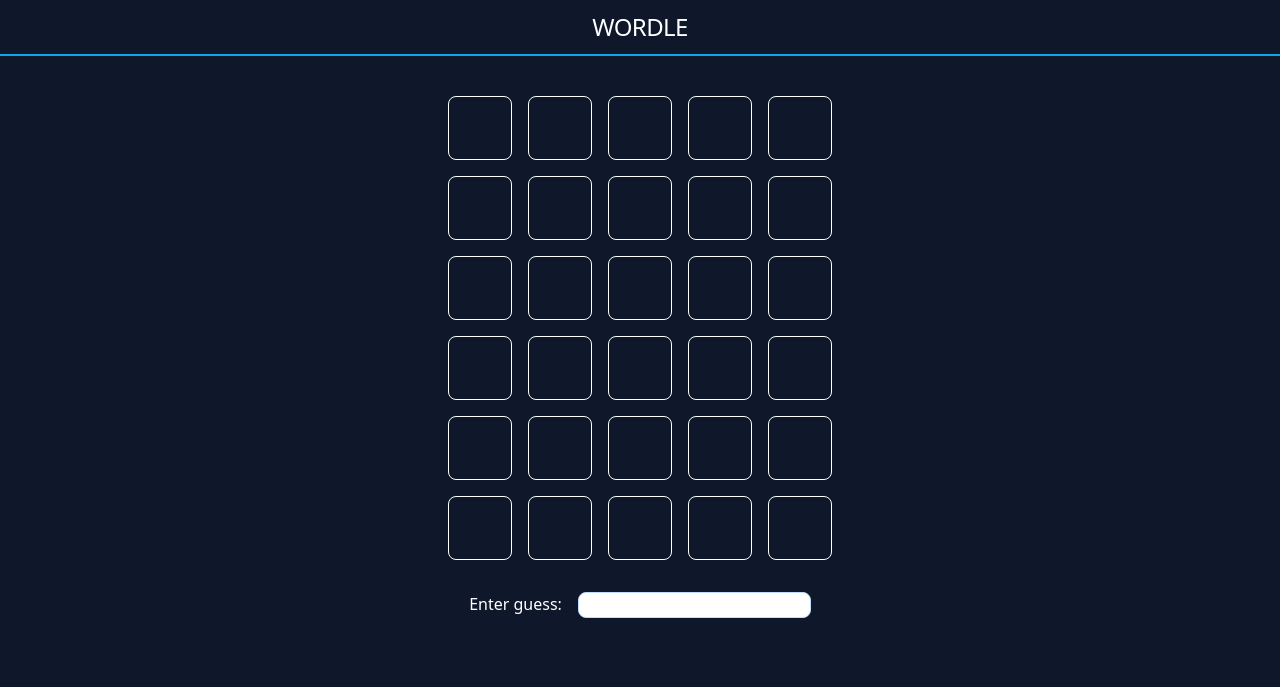
Repository: hjubsoni/basic-wordle-game
Page: / (app in client/)
These files come from the project's save history. The page is drawn as it stood at one moment and after the next save; the edit follows.
The browser window is 1280 px wide. The pictures show the whole page.
The page's requests for data from a server got no answer. The project was rebuilt for these pictures with package versions that can differ from the ones it lists, and the page was loaded fresh each time. No one was signed in, and anything a server would have sent is missing. Also part of the build but not shown: client/vite.config.ts.

Above is the page before, as saved 2023-01-27 15:48:57.

### client/src/main.tsx
import React from 'react';
import ReactDOM from 'react-dom/client';
import App from './App';
import './index.css';

ReactDOM.createRoot(
  document.getElementById('root') as HTMLElement
).render(
  <React.StrictMode>
    <App />
  </React.StrictMode>
);

### client/src/App.tsx
import React from 'react';
import Header from './components/Header';
import Game from './components/Game';

function App() {
  return (
    <div className="h-full">
      <Header />
      <Game />
    </div>
  );
}

export default App;

### client/src/index.css
@tailwind base;
@tailwind components;
@tailwind utilities;

@layer base {
  html,
  body,
  #root {
    @apply h-full bg-slate-900;
  }
}

### client/src/components/Header/Header.tsx
import React from 'react';

function Header() {
  return (
    <header className="flex h-14 items-center justify-center  border-b-2 border-sky-500 ">
      <h2 className="uppercase text-white text-2xl tracking-tight">
        Wordle
      </h2>
    </header>
  );
}

export default Header;

### client/src/components/Game/Game.tsx
import React from 'react';
import { range } from '../../utils/range';
import Row from '../Row';
import Cell from '../Cell';
import Form from '../Form';

interface Styles {
  [key: string]: string;
}

function Game() {
  const [correctWord, setCorrectWord] = React.useState('');
  const [guessedWords, setGuessedWords] = React.useState<string[]>(
    new Array(6).fill('')
  );
  const [guess, setGuess] = React.useState<string>('');
  const [styles, setStyles] = React.useState<Styles[]>([]);

  const generateCorrectWord = async () => {
    const response = await fetch('http://localhost:5000/api');
    const words = await response.json();
    setCorrectWord(words[Math.floor(Math.random() * words.length)]);
  };

  React.useEffect(() => {
    generateCorrectWord();
  }, []);

  return (
    <main className="flex items-center justify-center flex-col gap-8">
      <div className="flex gap-4 flex-col max-w-sm w-full rouded-lg mt-10">
        {guessedWords.map((row, rowIdx) => {
          return (
            <Row key={rowIdx}>
              {range(5).map((_, cellIdx) => (
                <Cell key={cellIdx} letter={row[cellIdx]} />
              ))}
            </Row>
          );
        })}
      </div>

      <Form
        guess={guess}
        setGuess={setGuess}
        guessedWords={guessedWords}
        setGuessedWords={setGuessedWords}
        correctWord={correctWord}
      />
    </main>
  );
}

export default Game;

### client/src/utils/range.tsx
export const range = (start: number, end?: number, step = 1) => {
  let output = [];
  if (typeof end === 'undefined') {
    end = start;
    start = 0;
  }
  for (let i = start; i < end; i += step) {
    output.push(i);
  }
  return output;
};

### client/src/components/Cell/index.tsx
export { default } from './Cell';

### client/src/components/Row/Row.tsx
import React from 'react';

function Row({ children }: { children: React.ReactNode }) {
  return <div className="flex gap-4">{children}</div>;
}

export default Row;

### client/src/components/Cell/Cell.tsx
import React from 'react';

function Cell({ letter }: { letter: string }) {
  return (
    <div className="border border-white flex-1 aspect-square rounded-lg text-white text-3xl uppercase flex items-center justify-center">
      {letter}
    </div>
  );
}

export default Cell;

### client/src/components/Form/Form.tsx
import React from 'react';

interface FormProps {
  guess: string;
  setGuess: React.Dispatch<React.SetStateAction<string>>;
  guessedWords: string[];
  setGuessedWords: React.Dispatch<React.SetStateAction<string[]>>;
  correctWord: string;
}

function Form({
  guess,
  setGuess,
  guessedWords,
  setGuessedWords,
  correctWord,
}: FormProps) {
  const [currentRow, setCurrentRow] = React.useState(0);
  const handleSubmit = (e: React.FormEvent<HTMLFormElement>) => {
    e.preventDefault();
    const guessedWordsCopy = [...guessedWords];
    guessedWordsCopy[currentRow] = guess;
    setGuessedWords(guessedWordsCopy);
    setGuess('');
    setCurrentRow(currentRow + 1);
  };
  return (
    <form onSubmit={handleSubmit} className="flex gap-4">
      <label htmlFor="guess" className="text-white">
        Enter guess:
      </label>
      <input
        className="border border-blue-200 rounded-lg"
        type="text"
        id="guess"
        name="guess"
        value={guess}
        onChange={(e) => setGuess(e.target.value)}
        required={true}
        min={'5'}
        max={'5'}
      />
    </form>
  );
}

export default Form;

Loaded but not shown: client/index.html (common file); client/src/components/Header/index.tsx (common file); client/src/components/Game/index.tsx (common file); client/src/components/Row/index.tsx (common file); client/src/components/Form/index.tsx (common file); client/tailwind.config.cjs (common file)

After the next save:
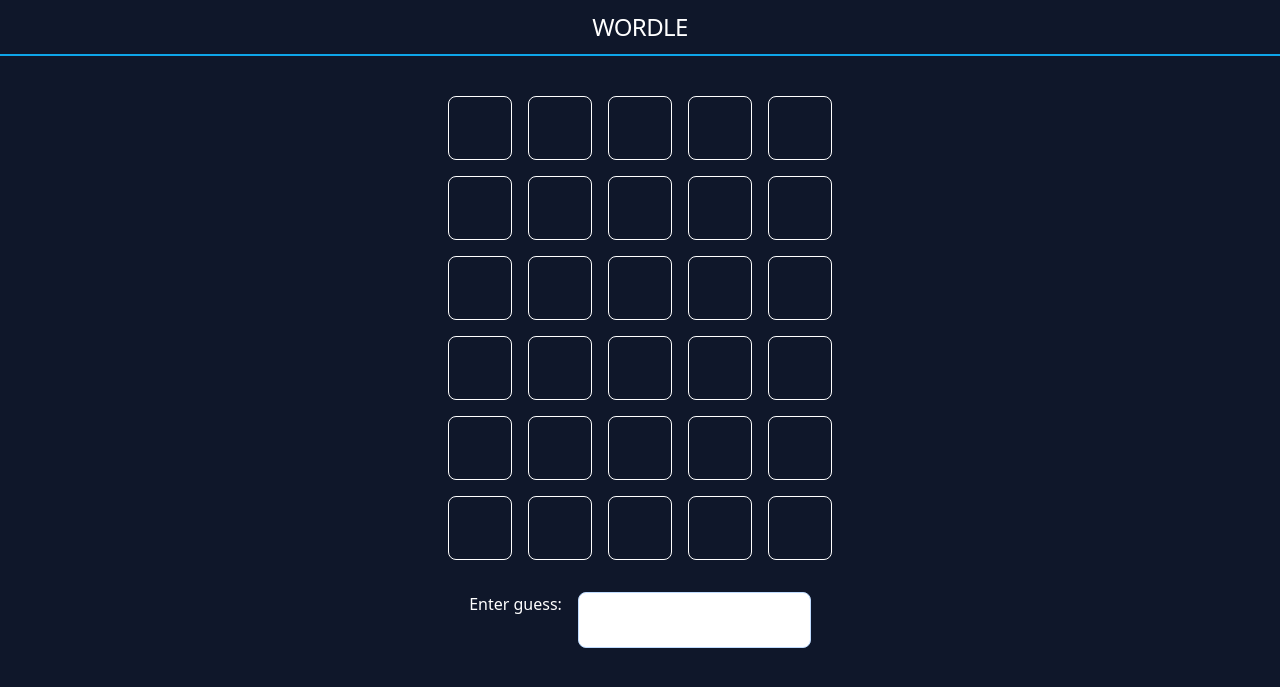
Saved 13 s later.
--- a/client/src/components/Form/Form.tsx
+++ b/client/src/components/Form/Form.tsx
@@ -30,7 +30,7 @@
         Enter guess:
       </label>
       <input
-        className="border border-blue-200 rounded-lg"
+        className="border border-blue-200 rounded-lg h-14"
         type="text"
         id="guess"
         name="guess"

After the save that followed:
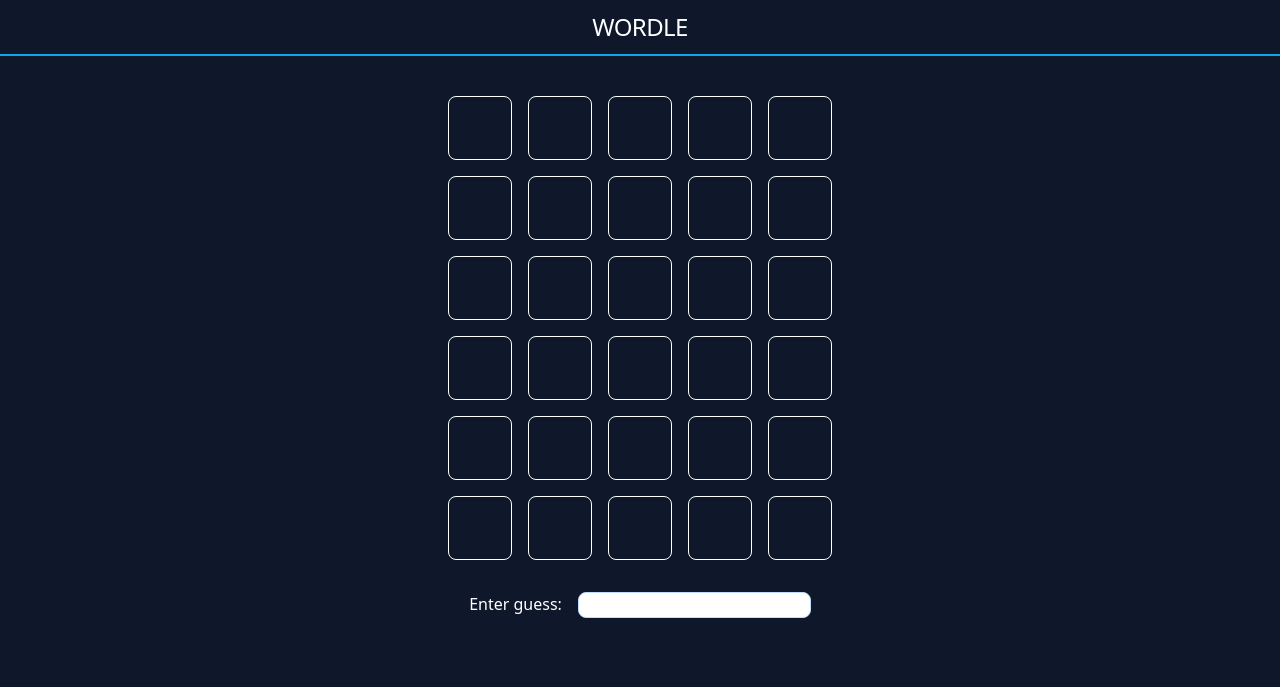
Saved 8 s later.
--- a/client/src/components/Form/Form.tsx
+++ b/client/src/components/Form/Form.tsx
@@ -30,7 +30,7 @@
         Enter guess:
       </label>
       <input
-        className="border border-blue-200 rounded-lg h-14"
+        className="border border-blue-200 rounded-lg max-w-xs"
         type="text"
         id="guess"
         name="guess"
